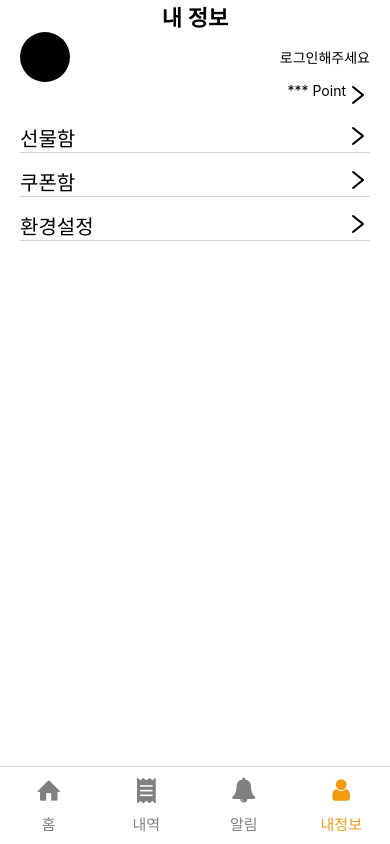
Repository: Unique0902/GachiDutch
Screen: /User
The author's editor kept a copy of each file at every save. The screen is drawn from the files as they stood at one save, then again after a run of saves.
The app was drawn by React Native's web renderer in a window 390 px wide. The project was rebuilt for these pictures with package versions that can differ from the ones it lists, and the page was loaded fresh each time. Some packages were replaced by stand-ins written for this rebuild. Also part of the build but not shown: sources/components/lowBar/lowBar.jsx, sources/components/taxi/taxi.jsx, sources/components/alarm/alert.js, sources/components/alarm/alarm.jsx, sources/components/dutch_history/dutch_history.jsx, sources/components/dutchpay_historys/dutchpay_historys.jsx, sources/components/delivery_historys/delivery_historys.jsx, sources/components/taxi_historys/taxi_historys.jsx and 3 more.

Above is the screen before, as saved 2022-11-11 16:40:25.

### App.js
import React from 'react';
import { StyleSheet, Text, View, Image } from 'react-native';
import Home from './sources/components/home/home';
import { NavigationContainer } from '@react-navigation/native';
import { createNativeStackNavigator } from '@react-navigation/native-stack';
import Taxi from './sources/components/taxi/taxi';
import Main from './sources/routes/main/main';
import Login from './sources/routes/login/login';
import HttpClient from './sources/network/http.js';
import ReceiptService from './sources/services/receipt.js';
import Ready from './sources/components/ready/ready';

const Stack = createNativeStackNavigator();
const baseURL = 'https://dutch-server.herokuapp.com';
const httpClient = new HttpClient(baseURL);
const receiptService = new ReceiptService(baseURL);

export default function App() {
  return (
    <>
      <NavigationContainer>
        <Stack.Navigator screenOptions={{ headerShown: false }}>
          <Stack.Screen
            name='Main'
            children={({ navigation, route }) => (
              <Main
                receiptService={receiptService}
                navigation={navigation}
                route={route}
              />
            )}
          />
          <Stack.Screen name='Taxi' component={Taxi} />
          <Stack.Screen name='Login' component={Login} />
          <Stack.Screen name='Ready' component={Ready} />
        </Stack.Navigator>
      </NavigationContainer>
    </>
  );
}

const styles = StyleSheet.create({
  header: {
    flexDirection: 'row',
    alignItems: 'center',
    justifyContent: 'space-between',
    margin: 25,
  },
  main: {},
  container: {
    flex: 1,
    backgroundColor: '#fff',
    alignItems: 'center',
    justifyContent: 'center',
  },
  logo: {
    width: 150,
    height: 30,
  },
});

### sources/components/home/home.jsx
import React, { useRef, useState, useEffect } from 'react';
import {
  StyleSheet,
  Text,
  View,
  Image,
  Button,
  Pressable,
  ScrollView,
  Dimensions,
} from 'react-native';
import { Entypo } from '@expo/vector-icons';
import { FontAwesome } from '@expo/vector-icons';
import { FontAwesome5 } from '@expo/vector-icons';
import LowBar from '../lowBar/lowBar';
import { isLogin, getUid } from '../../services/asyncstorage';
import { StatusBar } from 'react-native';

const Home = ({ login, setLogin, navigation, setUserData, userData }) => {
  const [scrollNum, setScrollNum] = useState(1);
  const windowWidth = Dimensions.get('window').width;
  const statusBarHeight = StatusBar.currentHeight;
  const headerStyle = {
    marginTop: statusBarHeight,
  };
  let advertisementWidth = windowWidth - 40;
  const scrollWidth = parseInt(advertisementWidth);
  let scrollLeft = 0;

  const advertisementStyle = () => {
    return {
      width: advertisementWidth,
    };
  };
  const pageCircleStyle = (num) => {
    if (scrollNum === num) {
      return {
        color: '#FB9700',
      };
    } else {
      return {
        color: '#FFFDD1',
      };
    }
  };
  const scrollRef = useRef();
  return (
    <View style={[styles.home, headerStyle]}>
      <View style={styles.top}>
        <View style={styles.header}>
          <Image
            source={require('../../images/dutch_logo.png')}
            style={styles.logo}
          />
          <Pressable
            onPress={() => {
              navigation.navigate('Ready');
            }}
          >
            <Entypo name='menu' size={35} color='black' />
          </Pressable>
        </View>
        <View style={styles.mainTop}>
          {login ? (
            <View style={styles.onLogin}>
              <Text style={styles.onLoginText}>
                {userData && userData.name}님 반가워요!
              </Text>
            </View>
          ) : (
            <View style={styles.login}>
              <View style={styles.loginTop}>
                <Pressable
                  style={styles.loginBtn}
                  onPress={() =>
                    navigation.navigate('Login', { setLogin, setUserData })
                  }
                >
                  <Text style={[styles.loginText, styles.loginBtnText]}>
                    로그인
                  </Text>
                </Pressable>
                <Text style={styles.loginText}>하시고</Text>
              </View>
              <Text style={styles.loginText}>다양한 혜택을 만나 보세요!</Text>
            </View>
          )}
          <View style={styles.advertisementBox}>
            <ScrollView
              horizontal
              pagingEnabled
              contentContainerStyle={styles.advertisementScroll}
              ref={scrollRef}
              onScroll={(e) => {
                scrollLeft = parseInt(e.nativeEvent.contentOffset.x);
                if (scrollLeft % scrollWidth < 10) {
                  setScrollNum(parseInt(scrollLeft / scrollWidth + 1));
                }
              }}
              scrollEventThrottle={100}
              showsHorizontalScrollIndicator={false}
            >
              <Pressable
                style={[styles.advertisement, advertisementStyle()]}
                onPress={() => {
                  navigation.navigate('Ready');
                }}
              >
                <Image
                  source={require('../../images/advertisement_img.png')}
                  style={styles.advertisementImg}
                />
                <Text style={styles.advertisementText}>
                  같이 더치로{'\n'}편리하게 이용하세요
                </Text>
              </Pressable>
              <Pressable
                style={[styles.advertisement, advertisementStyle()]}
                onPress={() => {
                  navigation.navigate('Ready');
                }}
              >
                <Image
                  source={require('../../images/advertisement_img.png')}
                  style={styles.advertisementImg}
                />
                <Text style={styles.advertisementText}>
                  같이 더치로{'\n'}편리하게 이용하세요
                </Text>
              </Pressable>
              <Pressable
                style={[styles.advertisement, advertisementStyle()]}
                onPress={() => {
                  navigation.navigate('Ready');
                }}
              >
                <Image
                  source={require('../../images/advertisement_img.png')}
                  style={styles.advertisementImg}
                />
                <Text style={styles.advertisementText}>
                  같이 더치로{'\n'}편리하게 이용하세요
                </Text>
              </Pressable>
              <Pressable
                style={[styles.advertisement, advertisementStyle()]}
                onPress={() => {
                  navigation.navigate('Ready');
                }}
              >
                <Image
                  source={require('../../images/advertisement_img.png')}
                  style={styles.advertisementImg}
                />
                <Text style={styles.advertisementText}>
                  같이 더치로{'\n'}편리하게 이용하세요
                </Text>
              </Pressable>
            </ScrollView>
            <View style={styles.pageCircles}>
              <FontAwesome
                style={[styles.pageCircle, pageCircleStyle(1)]}
                name='circle'
                size={10}
                color='white'
              />
              <FontAwesome
                style={[styles.pageCircle, pageCircleStyle(2)]}
                name='circle'
                size={10}
                color='white'
              />
              <FontAwesome
                style={[styles.pageCircle, pageCircleStyle(3)]}
                name='circle'
                size={10}
                color='white'
              />
              <FontAwesome
                style={[styles.pageCircle, pageCircleStyle(4)]}
                name='circle'
                size={10}
                color='white'
              />
            </View>
          </View>
        </View>
      </View>
      <Pressable
        style={styles.event}
        onPress={() => {
          navigation.navigate('Ready');
        }}
      >
        <View>
          <Text style={[styles.eventText, { fontSize: 20 }]}>
            이벤트 {'   '}|
          </Text>
        </View>
        <Text style={[styles.eventText, { fontSize: 15, marginLeft: 20 }]}>
          같이더치 월 결제로 10% 할인받자!
        </Text>
        <Text style={[styles.eventText, { fontSize: 20, marginLeft: 20 }]}>
          {'>'}
        </Text>
      </Pressable>

      <View style={styles.mainBottom}>
        <View style={styles.categories}>
          <View style={styles.topBtns}>
            <View style={styles.btnShadow}>
              <Pressable
                style={styles.goodsBtn}
                onPress={() => {
                  if (login) {
                    navigation.navigate('Taxi', { userData });
                  } else {
                    navigation.navigate('Login', { setLogin, setUserData });
                  }
                }}
              >
                <Image
                  source={require('../../images/taxi_img.png')}
                  style={styles.taxiImg}
                />
                <Text style={[styles.goodText, { marginTop: 20 }]}>택시</Text>
              </Pressable>
            </View>
            <View style={styles.btnShadow}>
              <Pressable
                style={styles.goodsBtn}
                onPress={() => {
                  navigation.navigate('Ready');
                }}
              >
                <Image
                  source={require('../../images/delivery_img.png')}
                  style={styles.taxiImg}
                />
                <Text style={[styles.goodText, { marginTop: 20 }]}>배달</Text>
              </Pressable>
            </View>
          </View>
          <View style={styles.downBtns}>
            <View style={styles.btnShadow}>
              <Pressable
                style={styles.downGoodsBtn}
                onPress={() => {
                  navigation.navigate('Ready');
                }}
              >
                <Image
                  source={require('../../images/taxi_human_img.png')}
                  style={styles.peopleImg}
                />
                <Text
                  style={[styles.goodText, { marginRight: 20, marginLeft: 20 }]}
                >
                  지인끼리
                </Text>
                <Image
                  source={require('../../images/location_img.png')}
                  style={styles.peopleImg}
                />
              </Pressable>
            </View>
          </View>
        </View>
      </View>
    </View>
  );
};

export default Home;

const styles = StyleSheet.create({
  home: {
    flex: 1,
    flexDirection: 'column',
  },
  loginText: {
    paddingVertical: 5,
  },
  header: {
    flexDirection: 'row',
    alignItems: 'center',
    justifyContent: 'space-between',
    margin: 0,
    flex: 1,
  },
  mainTop: {
    flex: 6,
  },
  top: {
    flex: 6,
    padding: 20,
  },
  loginBtn: {},
  login: {
    flex: 2,
    marginTop: 15,
  },
  onLogin: {
    flex: 2,
    marginTop: 15,
  },
  onLoginText: {
    marginTop: 10,
    fontSize: 25,
    fontWeight: '600',
    color: '#444444',
  },
  loginTop: {
    flexDirection: 'row',
    alignItems: 'center',
  },
  loginText: {
    fontSize: 18,
    color: '#444444',
  },
  loginBtnText: {
    color: '#F39910',
    textDecorationLine: 'underline',
    textDecorationStyle: 'solid',
    textDecorationColor: '#000',
  },
  mainBottom: {
    flex: 6,
    padding: 15,
  },
  advertisementScroll: {
    borderRadius: 15,
    position: 'relative',
  },
  advertisementBox: {
    flex: 4,
  },
  advertisement: {
    backgroundColor: '#FBBA00',
    borderRadius: 15,
    position: 'relative',
  },
  advertisementText: {
    color: 'white',
    fontSize: 20,
    fontWeight: '800',
    marginLeft: 30,
    marginTop: 25,
  },
  advertisementImg: {
    width: '100%',
    height: '87%',
    position: 'absolute',
    borderRadius: 20,
    bottom: 0,
  },
  pageCircles: {
    flexDirection: 'row',
    position: 'absolute',
    alignItems: 'center',
    bottom: 4,
    left: 140,
  },
  pageCircle: {
    marginLeft: 3,
    marginRight: 3,
  },
  event: {
    flex: 1,
    backgroundColor: '#3C4451',
    flexDirection: 'row',
    justifyContent: 'center',
    alignItems: 'center',
  },
  categories: {
    flex: 1,
  },
  topBtns: {
    flexDirection: 'row',
    flex: 3,
  },
  downBtns: {
    flex: 2,
  },
  goodsBtn: {
    borderRadius: 20,
    backgroundColor: 'white',
    width: '100%',
    height: '100%',
    alignItems: 'center',
    justifyContent: 'center',
  },
  downGoodsBtn: {
    borderRadius: 20,
    backgroundColor: 'white',
    width: '100%',
    height: '100%',
    flexDirection: 'row',
    justifyContent: 'center',
    alignItems: 'center',
  },
  goodText: {
    fontSize: 20,
    fontWeight: '600',
  },
  btnShadow: {
    flex: 1,
    shadowOffset: {
      width: 0,
      height: 1,
    },
    shadowOpacity: 0.18,
    borderRadius: 20,
    shadowRadius: 1.0,
    elevation: 1,
    margin: 5,
  },
  eventText: {
    color: 'white',
  },
  taxiImg: {
    width: 90,
    height: 90,
  },
  peopleImg: {
    width: 60,
    height: 67,
  },
  logo: {
    width: 150,
    height: 30,
  },
});

### sources/routes/main/main.jsx
import React, { useEffect, useRef, useState } from 'react';
import { View, Button, Text } from 'react-native';
import Home from '../../components/home/home';
import LowBar from '../../components/lowBar/lowBar';
import User from '../../components/user/user';
import Alarm from '../../components/alarm/alarm';
import Receipt from '../../components/receipt/receipt';
import { createBottomTabNavigator } from '@react-navigation/bottom-tabs';
import { Entypo } from '@expo/vector-icons';
import { FontAwesome } from '@expo/vector-icons';
import { FontAwesome5 } from '@expo/vector-icons';
import { isLogin, matchUserData } from '../../services/asyncstorage';

const Tab = createBottomTabNavigator();

const Main = ({ receiptService, navigation, route }) => {
  const [login, setLogin] = useState(false);
  const [userData, setUserData] = useState(null);
  useEffect(() => {
    isLogin().then((result) => {
      if (result) {
        setLogin(true);
        console.log('로그인 되어있음!');
        matchUserData(setUserData);
      } else {
        setLogin(false);
        console.log('로그인 안되어있음!');
      }
    });
  }, [login]);
  return (
    <>
      <View style={{ flex: 14 }}>
        <Tab.Navigator
          screenOptions={({ route }) => ({
            tabBarIcon: ({ color, size }) => {
              if (route.name === 'Home') {
                return <Entypo name='home' size={size} color={color} />;
              } else if (route.name === 'Receipt') {
                return (
                  <FontAwesome5 name='receipt' size={size} color={color} />
                );
              } else if (route.name === 'Alarm') {
                return <FontAwesome name='bell' size={size} color={color} />;
              } else if (route.name === 'User') {
                return <FontAwesome name='user' size={size} color={color} />;
              }
            },
            tabBarStyle: { flex: 0.1 },
            tabBarLabelStyle: {
              fontSize: 15,
              marginBottom: 10,
              fontWeight: '500',
            },
            tabBarActiveTintColor: '#F49A11',
            tabBarInactiveTintColor: 'gray',
            headerShown: false,
          })}
        >
          <Tab.Screen
            name='Home'
            options={({ route, navigation }) => {
              return { tabBarLabel: '홈' };
            }}
            children={({ navigation }) => (
              <Home
                login={login}
                setLogin={setLogin}
                navigation={navigation}
                setUserData={setUserData}
                userData={userData}
              />
            )}
          />
          <Tab.Screen
            name='Receipt'
            options={({ route, navigation }) => {
              return { tabBarLabel: '내역' };
            }}
            children={({ navigation, route }) => (
              <Receipt
                login={login}
                navigation={navigation}
                receiptService={receiptService}
                userData={userData}
                route={route}
              />
            )}
          />
          <Tab.Screen
            options={({ route, navigation }) => {
              return { tabBarLabel: '알림' };
            }}
            name='Alarm'
            children={({ navigation }) => (
              <Alarm login={login} navigation={navigation} />
            )}
          />
          <Tab.Screen
            options={({ route, navigation }) => {
              return { tabBarLabel: '내정보' };
            }}
            name='User'
            children={({ navigation }) => (
              <User
                login={login}
                setLogin={setLogin}
                navigation={navigation}
                setUserData={setUserData}
                userData={userData}
              />
            )}
          />
        </Tab.Navigator>
      </View>
    </>
  );
};

export default Main;

### sources/network/http.js
export default class HttpClient {
  constructor(baseURL) {
    this.baseURL = baseURL;
  }

  async fetch(url, options) {
    const res = await fetch(`${this.baseURL}${url}`, {
      ...options,
      headers: {
        'Content-Type': 'application/json',
        ...options.headers,
      },
    });
    let data;
    try {
      data = await res.json();
    } catch (error) {
      console.error(error);
    }

    if (res.status > 299 || res.status < 200) {
      const message =
        data && data.message ? data.message : 'Something went wrong! 🤪';
      const error = new Error(message);
      throw error;
    }
    return data;
  }
}

### sources/services/receipt.js
export default class ReceiptService {
  constructor(http) {
    this.http = http;
  }

  getTexiHistorys = async (userId) => {
    return await fetch(`${this.http}/receipt/all/${userId}`, {
      method: 'GET',
    });
  };
}

### sources/services/asyncstorage.js
import AsyncStorage from '@react-native-async-storage/async-storage';

export const isLogin = async () => {
  try {
    const loginDatas = await AsyncStorage.getItem('loginDatas');
    console.log(loginDatas);
    if (loginDatas) {
      return true;
    } else {
      return false;
    }
  } catch (e) {
    console.error(e);
  }
};

export const logout = async () => {
  try {
    await AsyncStorage.removeItem('loginDatas');
  } catch (error) {
    console.error(error);
  }
};

export const getRefreshToken = async () => {
  try {
    const loginDatas = await AsyncStorage.getItem('loginDatas');
    if (loginDatas) {
      return JSON.parse(loginDatas).refreshToken;
    }
  } catch (e) {
    console.error(e);
  }
};

export const getUid = async () => {
  try {
    const loginDatas = await AsyncStorage.getItem('loginDatas');
    if (loginDatas) {
      return JSON.parse(loginDatas).uid;
    }
  } catch (e) {
    console.error(e);
  }
};

export const matchUserData = async (setUserData) => {
  try {
    const loginDatas = await AsyncStorage.getItem('loginDatas');
    if (loginDatas) {
      return setUserData(JSON.parse(loginDatas));
    }
  } catch (e) {
    console.error(e);
  }
};

### sources/components/user/user.jsx
import React, { useEffect, useRef, useState } from 'react';
import { StatusBar } from 'react-native';
import {
  StyleSheet,
  Text,
  View,
  Pressable,
  ScrollView,
  Image,
} from 'react-native';
import { AntDesign } from '@expo/vector-icons';
import { isLogin, logout } from '../../services/asyncstorage';

export default function User({
  login,
  setLogin,
  navigation,
  setUserData,
  userData,
}) {
  const statusBarHeight = StatusBar.currentHeight;
  const headerStyle = {
    marginTop: statusBarHeight,
  };
  const onProfilePress = () => {
    console.log('profile pressed');
  };
  const onProfileInfoPress = () => {
    if (login) {
    } else {
      navigation.navigate('Login', { setLogin: setLogin });
    }
  };
  useEffect(() => {
    console.log(login);
  }, []);
  return (
    <View style={styles.container}>
      <View>
        <Text style={[styles.header, headerStyle]}>내 정보</Text>
      </View>
      <View>
        <View style={styles.profileArea}>
          <Pressable onPress={onProfilePress}>
            <Image style={styles.profileImage} />
          </Pressable>

          <Pressable
            onPress={() => {
              onProfileInfoPress();
            }}
            style={styles.infoClickArea}
          >
            <View>
              {login ? (
                <>
                  <Text style={styles.pointText}>
                    {userData && userData.name} 님
                  </Text>
                </>
              ) : (
                <>
                  <Text>로그인해주세요</Text>
                </>
              )}
            </View>
          </Pressable>
        </View>

        <Pressable
          style={{
            flexDirection: 'column',
            alignItems: 'flex-end',
            marginBottom: 15,
          }}
        >
          <View style={{ flexDirection: 'row' }}>
            <Text>*** </Text>
            <Text>Point</Text>
            <AntDesign name='right' size={24} color='black' />
          </View>
        </Pressable>
      </View>

      <ScrollView>
        {/* <Pressable style={styles.enterMenu}>
          <Text style={styles.menuText}>주문내역</Text>
          <AntDesign name='right' size={24} color='black' />
        </Pressable> */}
        <Pressable style={styles.enterMenu}>
          <Text style={styles.menuText}>선물함</Text>
          <AntDesign name='right' size={24} color='black' />
        </Pressable>
        <Pressable style={styles.enterMenu}>
          <Text style={styles.menuText}>쿠폰함</Text>
          <AntDesign name='right' size={24} color='black' />
        </Pressable>
        <Pressable style={styles.enterMenu}>
          <Text style={styles.menuText}>환경설정</Text>
          <AntDesign name='right' size={24} color='black' />
        </Pressable>
        {login && (
          <Pressable style={styles.logoutBtn}>
            <Text
              style={styles.logoutText}
              onPress={() => {
                logout().then(() => {
                  setLogin(false);
                  console.log('로그아웃됨!');
                  setUserData(null);
                  navigation.navigate('Main', { screen: 'Home' });
                });
              }}
            >
              로그아웃
            </Text>
          </Pressable>
        )}
      </ScrollView>
    </View>
    //내정보
  );
}

const styles = StyleSheet.create({
  container: {
    flex: 1,
    backgroundColor: '#fff',
    paddingHorizontal: 20,
  },
  header: {
    fontSize: 22,
    fontWeight: '600',
    alignSelf: 'center',
  },
  enterMenu: {
    justifyContent: 'space-between',
    flexDirection: 'row',
    marginBottom: 14,
    borderBottomColor: 'lightgray',
    borderBottomWidth: 0.5,
    borderStyle: 'solid',
  },
  menuText: {
    fontSize: 20,
    fontWeight: '500',
  },
  pointText: {
    fontSize: 20,
    fontWeight: '500',
  },
  profileImage: {
    width: 50,
    height: 50,
    borderRadius: 100,
    backgroundColor: 'black',
  },
  infoArea: {
    flexDirection: 'column',
  },
  infoClickArea: {
    flexDirection: 'row',
    alignItems: 'center',
    justifyContent: 'space-between',
  },
  infoText: {
    fontSize: 24,
    fontWeight: '500',
  },
  profileArea: {
    flexDirection: 'row',
    justifyContent: 'space-between',
  },
  logoutBtn: {},
  logoutText: {
    fontSize: 20,
    fontWeight: '500',
    color: 'red',
  },
});

Loaded but not shown: index.js (common file)

After the next 2 saves:
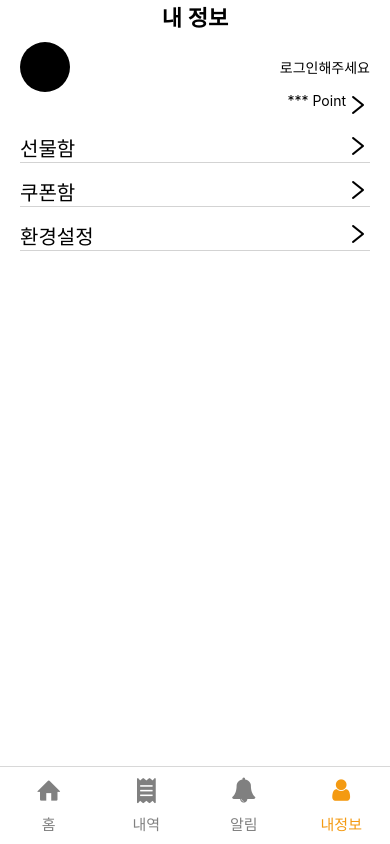
The 2 saves are shown as one change because 1 did not build or start.
The last was saved 51 s later.
--- a/sources/components/user/user.jsx
+++ b/sources/components/user/user.jsx
@@ -168,6 +168,7 @@ const styles = StyleSheet.create({
     fontWeight: '500',
   },
   profileArea: {
+    marginTop: 10,
     flexDirection: 'row',
     justifyContent: 'space-between',
   },
